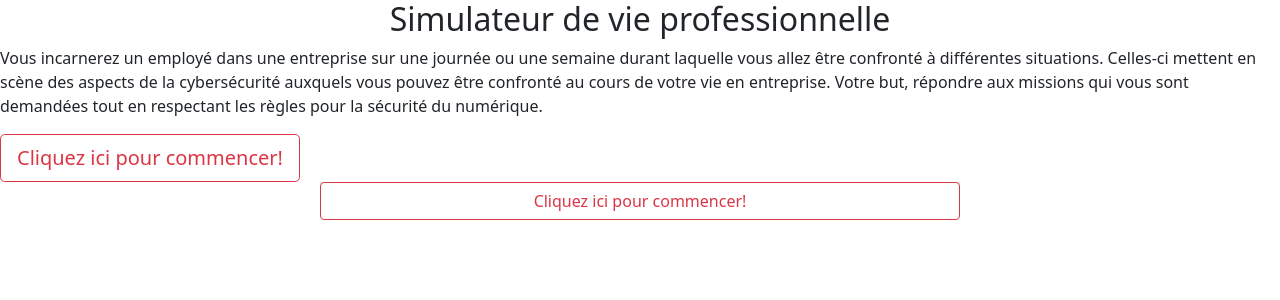
Repository: Geleetz/Workshop-I1-EPSI
Page: http://localhost/
An editor plug-in stored every save of this project. The page is shown before and after the next save, followed by the edit.
The browser window is 1280 px wide. The pictures show the whole page.
The page is run by PHP 8.4 with error messages shown; the project is at /var/www/html/.

Above is the page before, as saved 2021-09-28 10:44:43.

### index.php
<!doctype html>
<html lang="fr">

<head>
  <!-- Required meta tags -->
  <meta charset="utf-8">
  <meta name="viewport" content="width=device-width, initial-scale=1, shrink-to-fit=no">
  <!-- Ajout des librairies CSS -->
  <link href="https://cdn.jsdelivr.net/npm/bootstrap@5.1.1/dist/css/bootstrap.min.css" rel="stylesheet" integrity="sha384-F3w7mX95PdgyTmZZMECAngseQB83DfGTowi0iMjiWaeVhAn4FJkqJByhZMI3AhiU" crossorigin="anonymous">
  <title>Workshop - Accueil</title>

</head>

<body>
  <h2 class="text-center">Simulateur de vie professionnelle</h2>
  <p class="text-justify">Vous incarnerez un employé dans une entreprise sur une journée ou une semaine durant laquelle vous allez être confronté à
    différentes situations. Celles-ci mettent en scène des aspects de la cybersécurité auxquels vous pouvez être confronté au
    cours de votre vie en entreprise. Votre but, répondre aux missions qui vous sont demandées tout en respectant les règles pour
    la sécurité du numérique.</p>
  <form>
    <!--type="submit" formaction="https://fr.w3docs.com/"-->
      <button type="button" class="btn btn-outline-danger btn-lg">Cliquez ici pour commencer!</button>
  </form>
  <div class="d-grid gap-2 col-6 mx-auto">
    <button type="button" class="btn btn-outline-danger">Cliquez ici pour commencer!</button>
  </div>
</body>
<!-- Ajout des librairies JS -->
<script src="https://cdn.jsdelivr.net/npm/bootstrap@5.1.1/dist/js/bootstrap.bundle.min.js" integrity="sha384-/bQdsTh/da6pkI1MST/rWKFNjaCP5gBSY4sEBT38Q/9RBh9AH40zEOg7Hlq2THRZ" crossorigin="anonymous"></script>

</html>

After the next save:
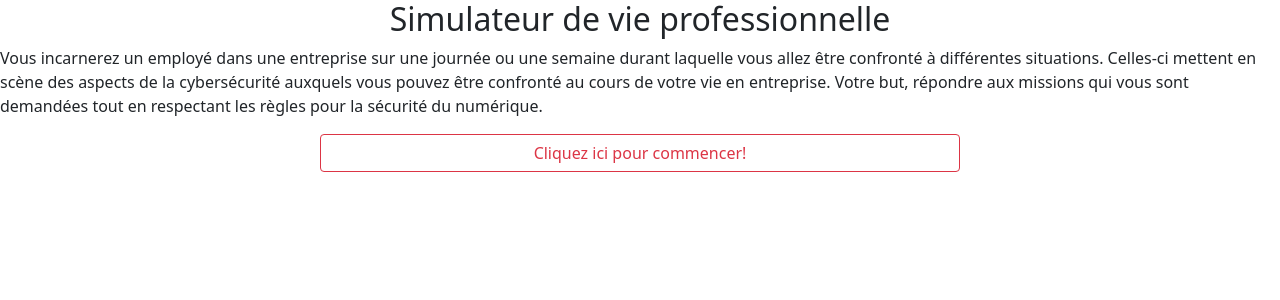
Saved 10 s later.
--- a/index.php
+++ b/index.php
@@ -17,10 +17,6 @@
     différentes situations. Celles-ci mettent en scène des aspects de la cybersécurité auxquels vous pouvez être confronté au
     cours de votre vie en entreprise. Votre but, répondre aux missions qui vous sont demandées tout en respectant les règles pour
     la sécurité du numérique.</p>
-  <form>
-    <!--type="submit" formaction="https://fr.w3docs.com/"-->
-      <button type="button" class="btn btn-outline-danger btn-lg">Cliquez ici pour commencer!</button>
-  </form>
   <div class="d-grid gap-2 col-6 mx-auto">
     <button type="button" class="btn btn-outline-danger">Cliquez ici pour commencer!</button>
   </div>
